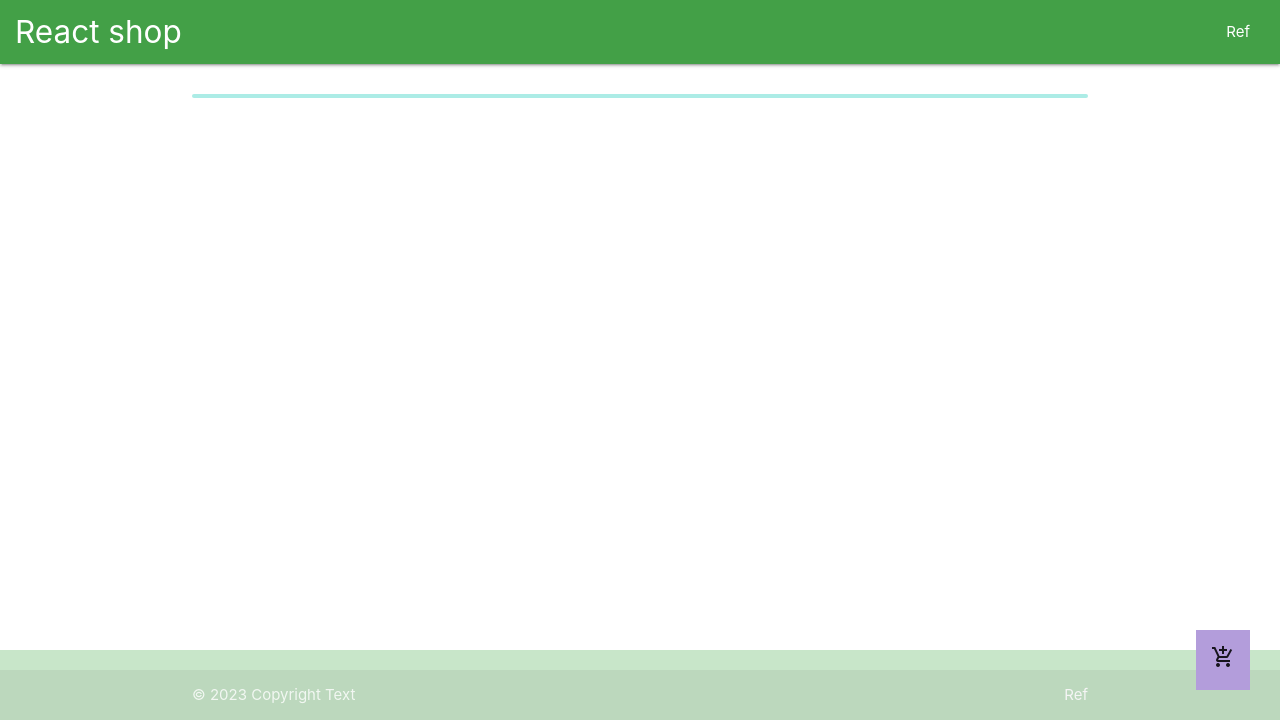
Repository: qui-qui-qui/online-shop
Page: /
These files come from the project's save history. The page is drawn as it stood at one moment and after the next save; the edit follows.
The browser window is 1280 px wide. The pictures show the whole page.
The page's requests for data from a server got no answer. The project was rebuilt for these pictures with package versions that can differ from the ones it lists, and the page was loaded fresh each time. No one was signed in, and anything a server would have sent is missing. Also part of the build but not shown: src/components/GoodsItem.jsx, src/components/GoodsList.jsx.

Above is the page before, as saved 2023-01-04 19:06:05.

### public/index.html
<!DOCTYPE html>
<html lang="en">
  <head>
    <meta charset="utf-8" />
    <link rel="icon" href="%PUBLIC_URL%/favicon.ico" />
    <meta name="viewport" content="width=device-width, initial-scale=1" />
    <meta name="theme-color" content="#000000" />
    <meta
      name="pet-project"
      content="react shop"
    />
    <link rel="apple-touch-icon" href="%PUBLIC_URL%/logo192.png" />
    <link rel="manifest" href="%PUBLIC_URL%/manifest.json" />
    <title>React Shop</title>
    <link rel="stylesheet" href="https://cdnjs.cloudflare.com/ajax/libs/materialize/1.0.0/css/materialize.min.css">
    <link href="https://fonts.googleapis.com/icon?family=Material+Icons" rel="stylesheet">
  </head>
  <body>
    <noscript>You need to enable JavaScript to run this app.</noscript>
    <div id="root"></div>
  </body>
</html>

### src/index.css
body {
  margin: 0;
  font-family: -apple-system, BlinkMacSystemFont, 'Segoe UI', 'Roboto', 'Oxygen',
    'Ubuntu', 'Cantarell', 'Fira Sans', 'Droid Sans', 'Helvetica Neue',
    sans-serif;
  -webkit-font-smoothing: antialiased;
  -moz-osx-font-smoothing: grayscale;
}


nav {
  padding: 0 1rem;
}

.content {
  min-height: calc(100vh - 70px - 64px);
  padding: 1.5rem 0;
}

.goods {
  display: grid;
  grid-template-columns: repeat(auto-fill, minmax(250px, 1fr));
  gap: 1rem
}

.card {
  display: flex;
  flex-direction: column;
}

.card-content {
  flex-grow: 1;
}

.cart {
  position: fixed;
  bottom: 2rem;
  right: 2rem;

  cursor: pointer;
  z-index: 5;
  padding: 1rem;
}

### src/App.js
import { Header } from "./components/Header";
import { Footer } from "./components/Footer";
import { Shop } from "./components/Shop";

function App() {
  return (
    <>
      <Header />
      <Shop />
      <Footer />
    </>
  );
}

export default App;

### src/components/Header.jsx
function Header() {
    return <nav className="green darken-1">
      <div className="nav-wrapper">
        <a href="!#" className="brand-logo left">React shop</a>
        <ul id="nav-mobile" className="right">
          <li><a href="!#">Ref</a></li>
        </ul>
      </div>
  </nav>
}

export {Header}

### src/components/Footer.jsx
function Footer() {
    return <footer className="page-footer green lighten-4">
    <div className="footer-copyright">
      <div className="container">
      © {new Date().getFullYear()} Copyright Text
      <a className="grey-text text-lighten-4 right" href="#!">Ref</a>
      </div>
    </div>
  </footer>
}

export {Footer}

### src/components/Shop.jsx
import {useState, useEffect} from 'react';
import {API_KEY, API_URL} from '../config';
import { Preloader } from './Preloader';
import { GoodsList } from './GoodsList';
import { Cart } from './Cart';

function Shop() {
  const [goods, setGoods] = useState([]);
  const [loading, setLoading] = useState(true);
  console.log(API_KEY);

  useEffect(function getGoods() {
    fetch(API_URL, {
      headers: {
        Authorization: API_KEY,
      },
    })
      .then((response) => response.json())
      .then((data) => {
        data.featured && setGoods(data.featured);
        setLoading(false);
      });
  }, []);

  return <main className="container content">
    <Cart quantity={goods.length}/>
    {loading ? <Preloader/> : <GoodsList goods={goods}/>}
  </main>;
}

export { Shop };

### src/config.js
const API_KEY = '6c6ecc31-c6e59085-63220236-a525db2c';

const API_URL = 'https://fortniteapi.io/v1/shop?lang=ru';

export {
    API_KEY,
    API_URL
};

### src/components/Preloader.jsx
function Preloader() {
  return (
    <div className="progress">
      <div className="interminate"></div>
    </div>
  );
}

export { Preloader };

### src/components/Cart.jsx
function Cart(props) {
    const {quantity = 0} = props;

    return (
        <div className="cart deep-purple lighten-3">
            <i className="material-icons">add_shopping_cart</i>
            {quantity ? (
                <span className="cart-quantity">{quantity}</span>
            ) : null}
        </div>
    )
}

export {Cart};

Loaded but not shown: src/index.js (common file)

After the next save:
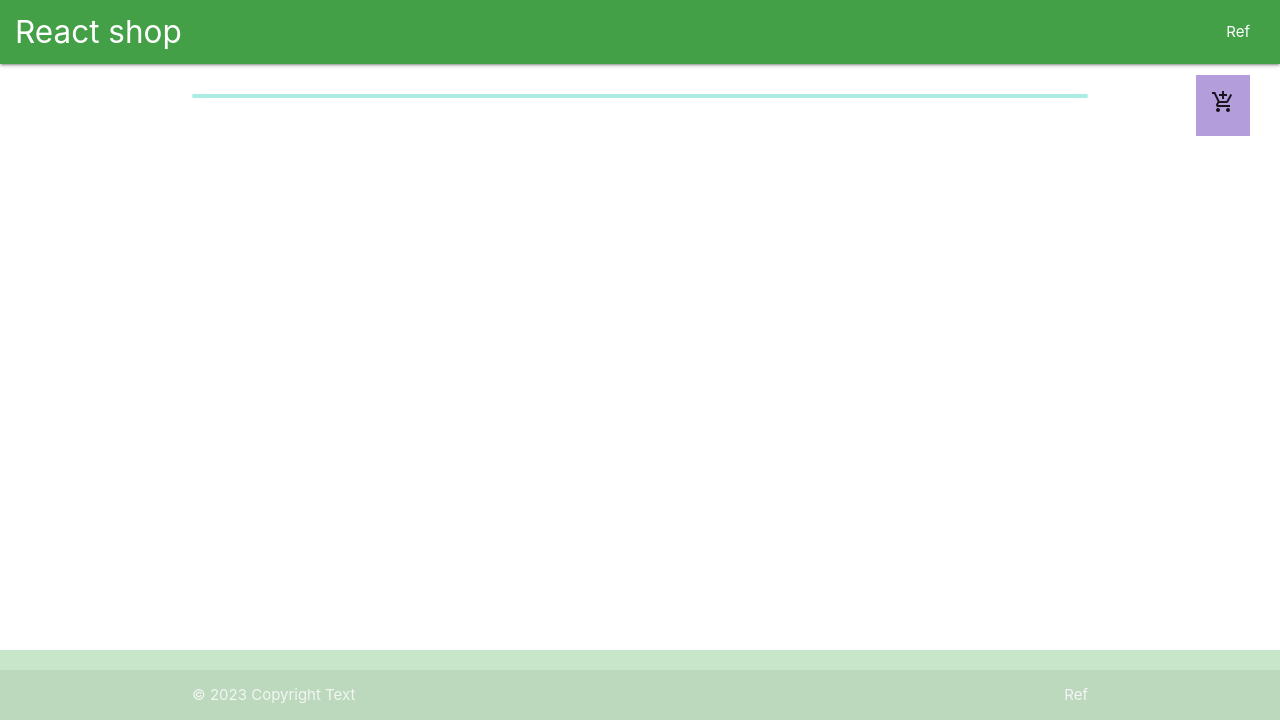
Saved 68 s later.
--- a/src/index.css
+++ b/src/index.css
@@ -41,3 +41,9 @@ nav {
   z-index: 5;
   padding: 1rem;
 }
+@media (min-width: 767px) {
+  .cart {
+    top: 5rem;
+    bottom: unset;
+  }
+}
